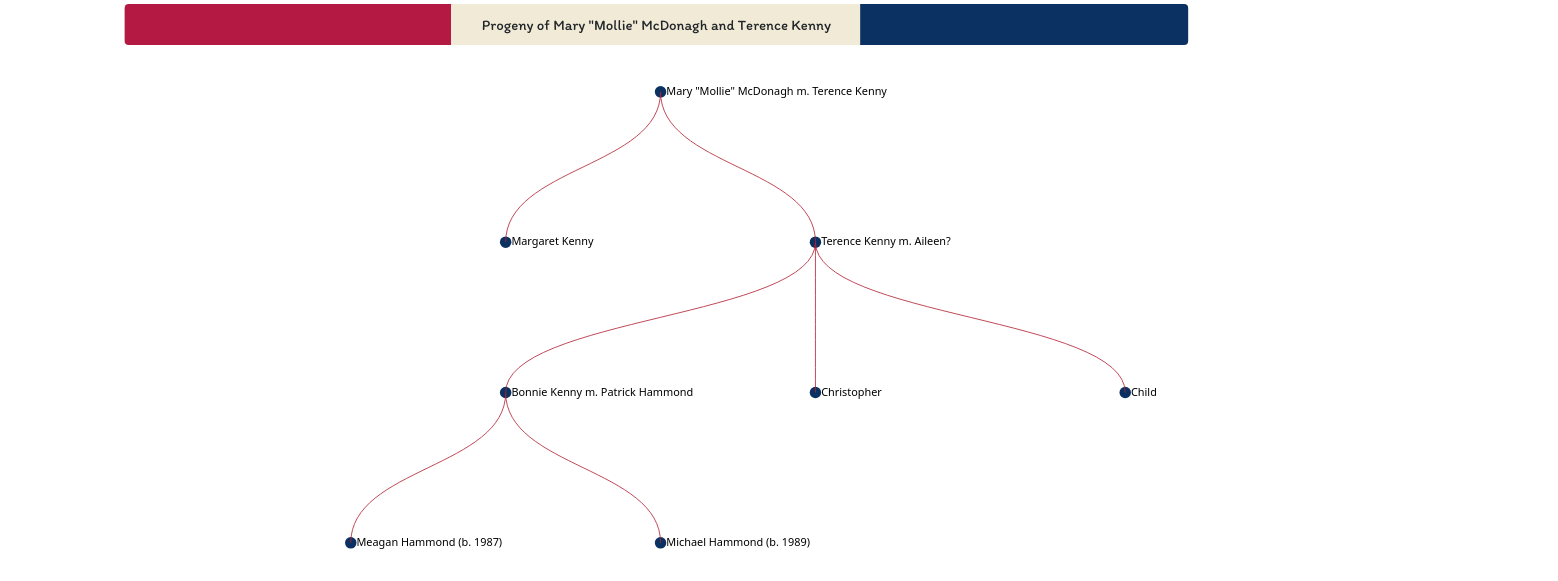
Repository: George2916/GreensladeFamilyTree
Page: progenyMollieMcDonagh.html
The author's editor kept a record of every edit. The page is drawn from the files as they stood at one moment, then again after the next edit.
The browser window is 1280 px wide. The page is 1900 px wide, so the pictures cover 1900 px, including what lies to the right of the window. The pictures show the whole page, at 82% of full size.

Above is the page before.

### progenyMollieMcDonagh.html
<!doctype html>
<html lang="en">
<head>

    <meta charset="utf-8">
    <meta http-equiv="X-UA-Compatible" content="IE-edge">
    <meta name="viewport" content="width=device-width, initial-scale=1">
    <!--[if lt IE 9]
      <script src="https://oss.maxcdn.com/html5shiv/3.7.2/html5shiv.min.js"></script>
      <script src="https://oss.maxcdn.com/respond/1.4.2/respond.min.js"></script>
    <![endif]-->

    <link rel="stylesheet" type="text/css" href="css/bootstrap.css">
    <link href="css/myStyle2.css" rel="stylesheet" type="text/css">
    <link rel="preconnect" href="https://fonts.gstatic.com">
    <link href="https://fonts.googleapis.com/css2?family=Itim&display=swap" rel="stylesheet">

<title>Progeny of Mary "Molly" McDonagh and Terence Kenny</title>

    <script src="js/d3.min.v6.7.0.js"></script>

</head>

<body class="progenySarahBody">

    <div class="container-fluid">

  <div>
    <div class="progenyMaryA"></div>
	  <div class="progenySarahB" id="progeny">Progeny of Mary "Mollie" McDonagh and Terence Kenny</div>
	  <div class="progenySarahC"></div>
  </div>

  </div>

    <script>

    var svg = d3.select("body").append("svg")
            .attr("width",1700).attr("height",620)
            .append("g").attr("transform", "translate(50,50)");

    var data = [{"child":"Mary \"Mollie\" McDonagh m. Terence Kenny", "parent": ""},

                {"child":"Margaret Kenny", "parent": "Mary \"Mollie\" McDonagh m. Terence Kenny"},

                {"child":"Terence Kenny m. Aileen?", "parent": "Mary \"Mollie\" McDonagh m. Terence Kenny"},

                {"child":"Bonnie Kenny m. Patrick Hammond", "parent": "Terence Kenny m. Aileen?"},
                {"child":"Meagan Hammond (b. 1987)", "parent": "Bonnie Kenny m. Patrick Hammond"},
                {"child":"Michael Hammond (b. 1989)", "parent": "Bonnie Kenny m. Patrick Hammond"},

                {"child":"Christopher", "parent": "Terence Kenny m. Aileen?"},

                {"child":"Child", "parent": "Terence Kenny m. Aileen?"},



            ];
        var dataStructure = d3.stratify()
                    .id(function(d){return d.child;})
                    .parentId(function(d){return d.parent;})
                    (data);
        var treeStructure = d3.tree().size([1700,550]);
        var information = treeStructure(dataStructure);

        var circles = svg.append("g").selectAll("circle")
                    .data(information.descendants());
        circles.enter().append("circle")
            .attr("cx", function(d){return d.x;})
            .attr("cy", function(d){return d.y;})
            .attr("r",7);

        var connections = svg.append("g").selectAll("path")
                    .data(information.links());
        connections.enter().append("path")
            .attr("d", function(d){
                return "M" + d.source.x + "," + d.source.y + " C " + d.source.x + "," + (d.source.y + d.target.y)/2 + " "
                + d.target.x + "," + (d.source.y + d.target.y)/2 + " "
                + d.target.x + "," + d.target.y;

            });

        var names = svg.append("g").selectAll("text")
                    .data(information.descendants());
        names.enter().append("text")
                .text(function(d){return d.data.child;})
                .attr("x", function(d){return d.x+7;})
                .attr("y", function(d){return d.y+4;})
    </script>

    <script src="js/d3.min.v6.7.0.js"></script>

</body>
</html>

### css/myStyle2.css
/*CSS FOR PROGENY OF EDWARD DUFFY AND MAE TORPEY*/

.progenyDuffyDiv {
    display: inline-block;
    height: 50px;
    width: 29000px;
}

.progenyEdwardDuffyA {
	background: #b22234;
	border-radius: 5px 0px 0px 5px;
	-webkit-border-radius: 5px 0px 0px 5px;
	-moz-border-radius: 5px 0px 0px 5px;
	-o-border-radius: 5px 0px 0px 5px;
	display: inline-block;
	height: 50px;
	margin: 5px -3px 5px 14525px;
	width: 800px;
	vertical-align: text-bottom;
}

.progenyEdwardDuffyB {
	background: #f0ead6;
	display: inline-block;
	font-family: 'Itim', arial, verdana;
	font-size: 18px;
	height: 50px;
	line-height: 50px;
	margin: 5px -2px 5px -2px;
	text-align: center;
	width: 800px;
	vertical-align: text-bottom;
}

.progenyEdwardDuffyC {
	background: #0A3161;
	border-radius: 0px 5px 5px 0px;
	-webkit-border-radius: 0px 5px 5px 0px;
	-moz-border-radius: 0px 5px 5px 0px;
	-o-border-radius: 0px 5px 5px 0px;
	display: inline-block;
	height: 50px;
	margin: 5px 0px 5px -3px;
	width: 800px;
	vertical-align: text-bottom;
}

circle {fill: #0A3161;}

path {fill: none;
      stroke: #b22234;
}

body {font-size: 83%;}

/*CSS FOR PROGENY OF BRIAN DUFFY AND MARY CULLAN*/

.progenyBrianDuffyBody {
    width: 3000px;

}

.progenyBrianA {
	background: #169B62;
	border-radius: 5px 0px 0px 5px;
	-webkit-border-radius: 5px 0px 0px 5px;
	-moz-border-radius: 5px 0px 0px 5px;
	-o-border-radius: 5px 0px 0px 5px;
	display: inline-block;
	height: 50px;
	margin: 5px -3px 5px 1550px;
	width: 400px;
	vertical-align: text-bottom;
}

/*CSS FOR PROGENY OF CATHERINE TARPEY AND PATRICK MULRENn*/

.progenyCatherineTorpeyBody {
    display: inline-block;
    height: 50px;
    width: 1900px;
}

.progenyCatherineTorpeyA {
	background:  #169B62;
	border-radius: 5px 0px 0px 5px;
	-webkit-border-radius: 5px 0px 0px 5px;
	-moz-border-radius: 5px 0px 0px 5px;
	-o-border-radius: 5px 0px 0px 5px;
	display: inline-block;
	height: 50px;
	margin: 5px -3px 5px 320px;
	width: 400px;
	vertical-align: text-bottom;
}

.progenyCatherineTorpeyB {
	background: #f0ead6;
	display: inline-block;
	font-family: 'Itim', arial, verdana;
	font-size: 18px;
	height: 50px;
	line-height: 50px;
	margin: 5px -2px 5px -2px;
	text-align: center;
	width: 400px;
	vertical-align: text-bottom;
}

.progenyCatherineTorpeyC {
	background: #FF883E;
	border-radius: 0px 5px 5px 0px;
	-webkit-border-radius: 0px 5px 5px 0px;
	-moz-border-radius: 0px 5px 5px 0px;
	-o-border-radius: 0px 5px 5px 0px;
	display: inline-block;
	height: 50px;
	margin: 5px 0px 5px -3px;
	width: 400px;
	vertical-align: text-bottom;
}

/*CSS FOR PROGENY OF KATHLEEN DUFFY AND JAMES COBURN*/

.progenyCoburnDiv {
    display: inline-block;
    height: 50px;
    width: 1500px;
}

.progenyCoburnA {
	background: #B31942;
	border-radius: 5px 0px 0px 5px;
	-webkit-border-radius: 5px 0px 0px 5px;
	-moz-border-radius: 5px 0px 0px 5px;
	-o-border-radius: 5px 0px 0px 5px;
	display: inline-block;
	height: 50px;
	margin: 5px -3px 5px 100px;
	width: 400px;
	vertical-align: text-bottom;
}

.progenyCoburnB {
	background: #f0ead6;
	display: inline-block;
	font-family: 'Itim', arial, verdana;
	font-size: 18px;
	height: 50px;
	line-height: 50px;
	margin: 5px -2px 5px -2px;
	text-align: center;
	width: 400px;
	vertical-align: text-bottom;
}

.progenyCoburnC {
	background: #0A3161;
	border-radius: 0px 5px 5px 0px;
	-webkit-border-radius: 0px 5px 5px 0px;
	-moz-border-radius: 0px 5px 5px 0px;
	-o-border-radius: 0px 5px 5px 0px;
	display: inline-block;
	height: 50px;
	margin: 5px 0px 5px -3px;
	width: 400px;
	vertical-align: text-bottom;
}

/*CSS FOR PROGENY OF KEVIN DUFFY AND UNA BEGLEY*/

.progenyKevinBody {
    display: inline-block;
    height: 50px;
    width: 2000px;
}

.progenyKevinA {
	background: #169B62;
	border-radius: 5px 0px 0px 5px;
	-webkit-border-radius: 5px 0px 0px 5px;
	-moz-border-radius: 5px 0px 0px 5px;
	-o-border-radius: 5px 0px 0px 5px;
	display: inline-block;
	height: 50px;
	margin: 5px -3px 5px 450px;
	width: 400px;
	vertical-align: text-bottom;
}

.progenyKevinB {
	background: #f0ead6;
	display: inline-block;
	font-family: 'Itim', arial, verdana;
	font-size: 18px;
	height: 50px;
	line-height: 50px;
	margin: 5px -2px 5px -2px;
	text-align: center;
	width: 400px;
	vertical-align: text-bottom;
}

.progenyKevinC {
	background: #FF883E;
	border-radius: 0px 5px 5px 0px;
	-webkit-border-radius: 0px 5px 5px 0px;
	-moz-border-radius: 0px 5px 5px 0px;
	-o-border-radius: 0px 5px 5px 0px;
	display: inline-block;
	height: 50px;
	margin: 5px 0px 5px -3px;
	width: 400px;
	vertical-align: text-bottom;
}

/*CSS FOR PROGENY OF UNA DUFFY AND SAM MEDLICOTT*/

.progenyMedlicottBody {
    display: inline-block;
    height: 50px;
    width: 2000px;
}

.progenyMedlicottA {
	background: #C8102E;
	border-radius: 5px 0px 0px 5px;
	-webkit-border-radius: 5px 0px 0px 5px;
	-moz-border-radius: 5px 0px 0px 5px;
	-o-border-radius: 5px 0px 0px 5px;
	display: inline-block;
	height: 50px;
	margin: 5px -3px 5px 250px;
	width: 500px;
	vertical-align: text-bottom;
}

.progenyMedlicottB {
	background: #f0ead6;
	border: 1px solid black;
	display: inline-block;
	font-family: 'Itim', arial, verdana;
	font-size: 18px;
	height: 50px;
	line-height: 50px;
	margin: 5px -2px 5px -2px;
	text-align: center;
	width: 500px;
	vertical-align: text-bottom;
}

.progenyMedlicottC {
	background: #012169;
	border-radius: 0px 5px 5px 0px;
	-webkit-border-radius: 0px 5px 5px 0px;
	-moz-border-radius: 0px 5px 5px 0px;
	-o-border-radius: 0px 5px 5px 0px;
	display: inline-block;
	height: 50px;
	margin: 5px 0px 5px -3px;
	width: 500px;
	vertical-align: text-bottom;
}

/*CSS FOR PROGENY OF MARY ANN DUFFY AND THOMAS SCANLON*/

.progenyScanlonBody {
    display: inline-block;
    height: 50px;
    width: 15000px;
}

.progenyScanlonA {
	background: #B31942;
	border-radius: 5px 0px 0px 5px;
	-webkit-border-radius: 5px 0px 0px 5px;
	-moz-border-radius: 5px 0px 0px 5px;
	-o-border-radius: 5px 0px 0px 5px;
	display: inline-block;
	height: 50px;
	margin: 5px -3px 5px 10725px;
	width: 800px;
	vertical-align: text-bottom;
}

.progenyScanlonB {
	background: #f0ead6;
	display: inline-block;
	font-family: 'Itim', arial, verdana;
	font-size: 18px;
	height: 50px;
	line-height: 50px;
	margin: 5px -2px 5px -2px;
	text-align: center;
	width: 800px;
	vertical-align: text-bottom;
}

.progenyScanlonC {
	background: #0A3161;
	border-radius: 0px 5px 5px 0px;
	-webkit-border-radius: 0px 5px 5px 0px;
	-moz-border-radius: 0px 5px 5px 0px;
	-o-border-radius: 0px 5px 5px 0px;
	display: inline-block;
	height: 50px;
	margin: 5px 0px 5px -3px;
	width: 800px;
	vertical-align: text-bottom;
}

/*CSS FOR PROGENY OF MICHAEL "MICK" McDONAGH AND MARY ANN COLEMAN*/

.progenyMickMcDonaghBody {
    width: 3000px;

}

.progenyMickA {
	background: #169B62;
	border-radius: 5px 0px 0px 5px;
	-webkit-border-radius: 5px 0px 0px 5px;
	-moz-border-radius: 5px 0px 0px 5px;
	-o-border-radius: 5px 0px 0px 5px;
	display: inline-block;
	height: 50px;
	margin: 5px -3px 5px 450px;
	width: 600px;
	vertical-align: text-bottom;
}

.progenyMickB {
	background: #f0ead6;
	display: inline-block;
	font-family: 'Itim', arial, verdana;
	font-size: 18px;
	height: 50px;
	line-height: 50px;
	margin: 5px -2px 5px -2px;
	text-align: center;
	width: 600px;
	vertical-align: text-bottom;
}

.progenyMickC {
	background: #FF883E;
	border-radius: 0px 5px 5px 0px;
	-webkit-border-radius: 0px 5px 5px 0px;
	-moz-border-radius: 0px 5px 5px 0px;
	-o-border-radius: 0px 5px 5px 0px;
	display: inline-block;
	height: 50px;
	margin: 5px 0px 5px -3px;
	width: 600px;
	vertical-align: text-bottom;
}

/*CSS FOR PROGENY OF SARAH "SADIE" McDONAGH/JOHN COMINOS AND MARY "MOLLIE" McDONAGH AND TERENCE KENNY*/

.progenySarahBody {
    display: inline-block;
    height: 50px;
    width: 1900px;
}

.progenySarahA {
	background:  #B31942;
	border-radius: 5px 0px 0px 5px;
	-webkit-border-radius: 5px 0px 0px 5px;
	-moz-border-radius: 5px 0px 0px 5px;
	-o-border-radius: 5px 0px 0px 5px;
	display: inline-block;
	height: 50px;
	margin: 5px -3px 5px 130px;
	width: 400px;
	vertical-align: text-bottom;
}

.progenyMaryA {
	background:  #B31942;
	border-radius: 5px 0px 0px 5px;
	-webkit-border-radius: 5px 0px 0px 5px;
	-moz-border-radius: 5px 0px 0px 5px;
	-o-border-radius: 5px 0px 0px 5px;
	display: inline-block;
	height: 50px;
	margin: 5px -3px 5px 140px;
	width: 400px;
	vertical-align: text-bottom;
}

.progenySarahB {
	background: #f0ead6;
	display: inline-block;
	font-family: 'Itim', arial, verdana;
	font-size: 18px;
	height: 50px;
	line-height: 50px;
	margin: 5px -2px 5px -2px;
	text-align: center;
	width: 500px;
	vertical-align: text-bottom;
}

.progenySarahC {
	background: #0A3161;
	border-radius: 0px 5px 5px 0px;
	-webkit-border-radius: 0px 5px 5px 0px;
	-moz-border-radius: 0px 5px 5px 0px;
	-o-border-radius: 0px 5px 5px 0px;
	display: inline-block;
	height: 50px;
	margin: 5px 0px 5px -3px;
	width: 400px;
	vertical-align: text-bottom;
}

Loaded but not shown: css/bootstrap.css (library); js/d3.min.v6.7.0.js (library)

After the next edit:
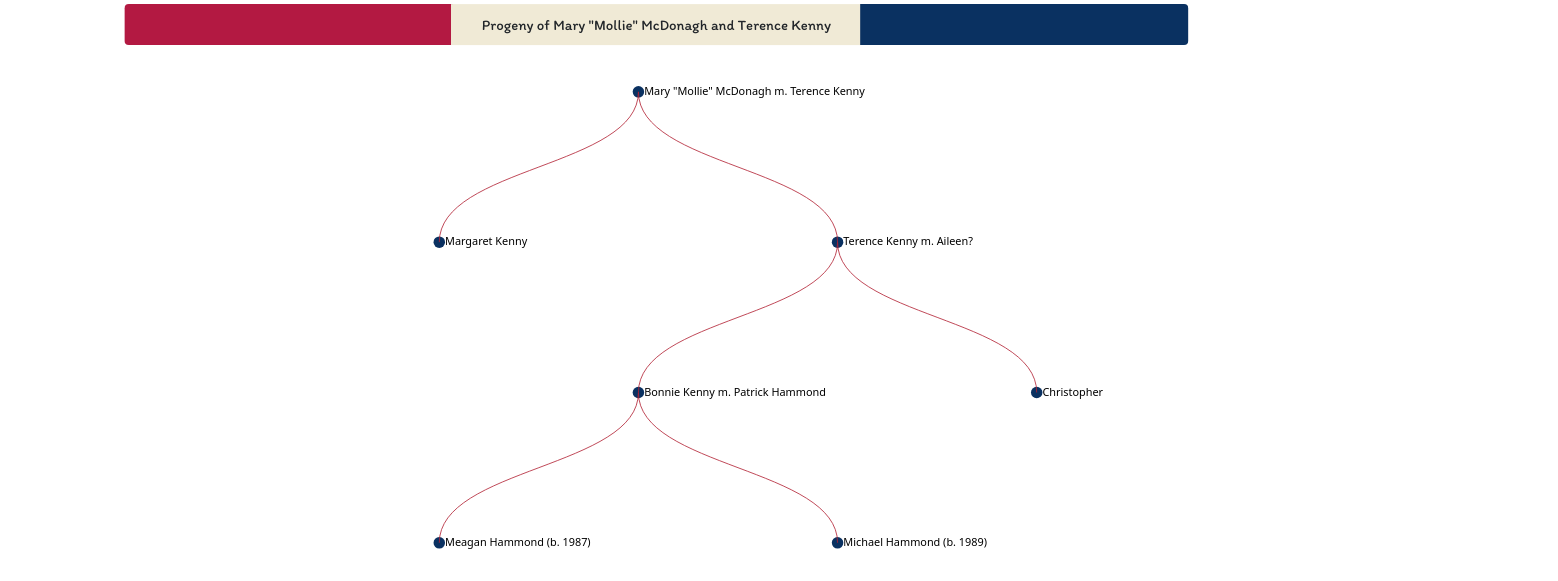
The edit:
--- a/progenyMollieMcDonagh.html
+++ b/progenyMollieMcDonagh.html
@@ -51,11 +51,8 @@
 
                 {"child":"Christopher", "parent": "Terence Kenny m. Aileen?"},
 
-                {"child":"Child", "parent": "Terence Kenny m. Aileen?"},
+                ];
 
-
-
-            ];
         var dataStructure = d3.stratify()
                     .id(function(d){return d.child;})
                     .parentId(function(d){return d.parent;})
